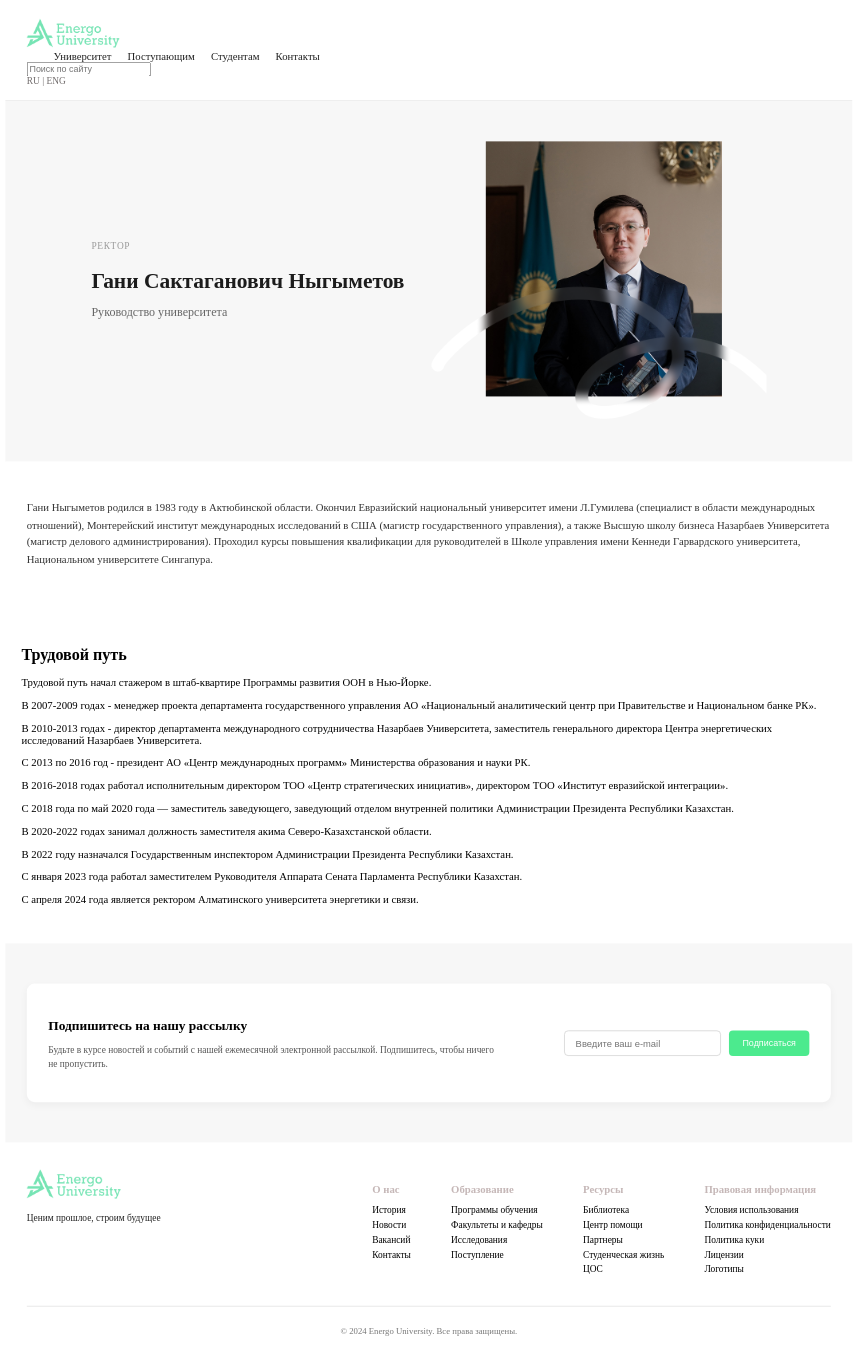
Repository: Altyn119/toDo-django
Page: http://localhost/rector/
An editor plug-in stored every save of this project. The page is shown before and after the next save, followed by the edit.
The browser window is 1280 px wide. The pictures show the whole page, at 67% of full size.
The page is served by the project's application, run on Django 5.2 (manage.py).

Above is the page before, as saved 2025-06-19 23:15:22.

After the next save:
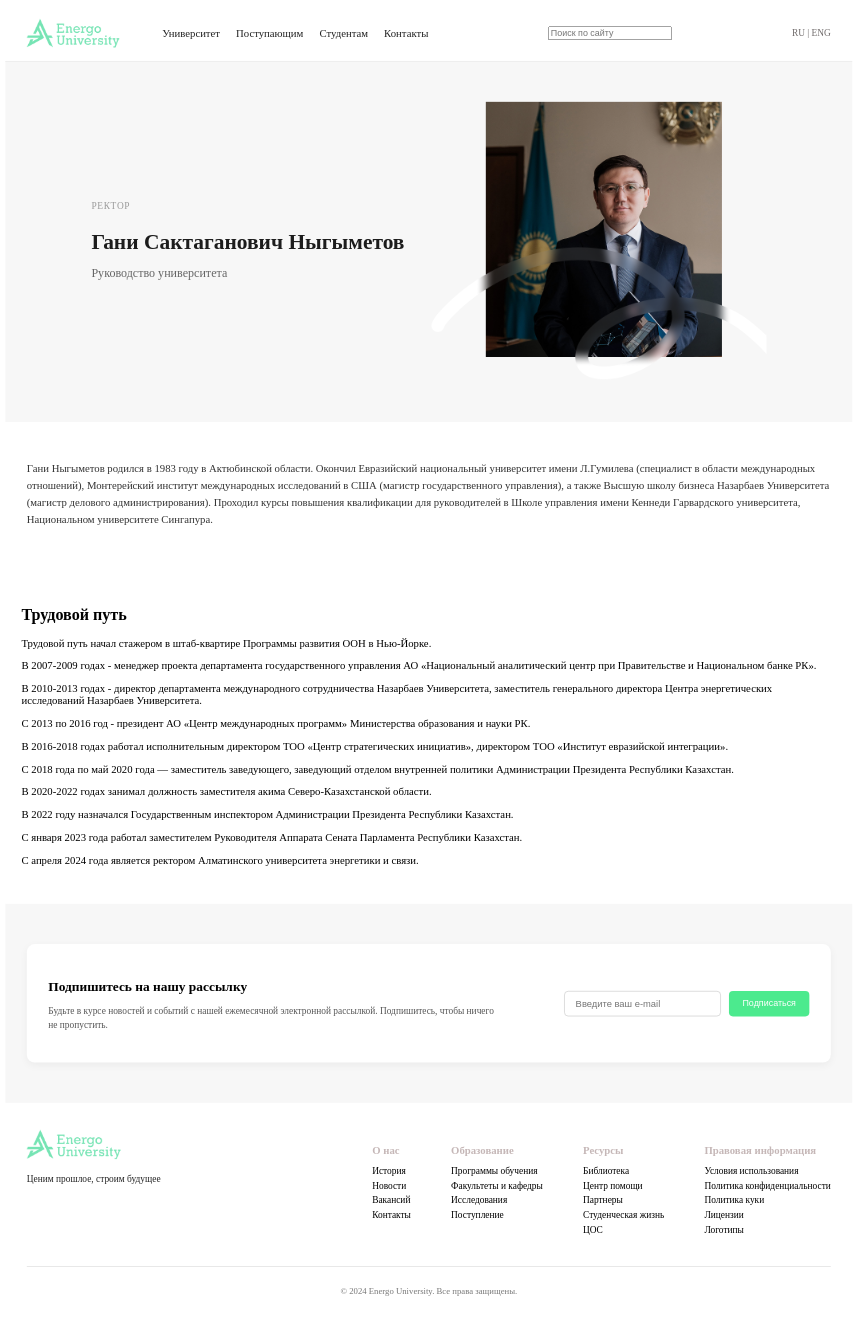
Saved 12 min 2 s later.
--- a/base/templates/base/rector/rector.html
+++ b/base/templates/base/rector/rector.html
@@ -10,7 +10,7 @@
 </head>
 <body>
     <header class="header">
-        <div class="container">
+        <div class="container container-flex">
                     <img src="{% static 'img/Vector.png' %}" alt="Energo University">
                     <nav class="main-nav">
                 <ul>
